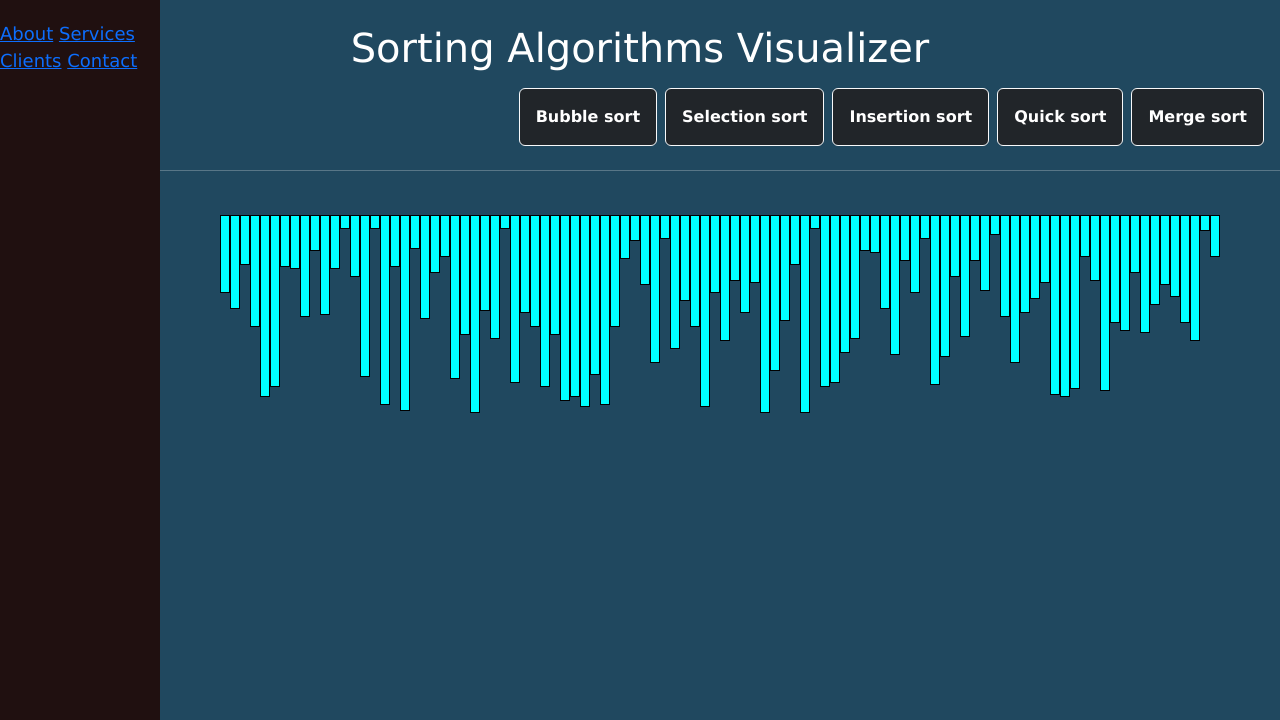
Repository: Vasil1001/Sorting-Algorithms-Visualizer-js
Page: views/index.html
An editor plug-in stored every save of this project. The page is shown before and after a run of saves, followed by the edit.
The browser window is 1280 px wide. The pictures show the whole page.

Above is the page before, as saved 2022-11-03 17:52:43.

After the next 2 saves:
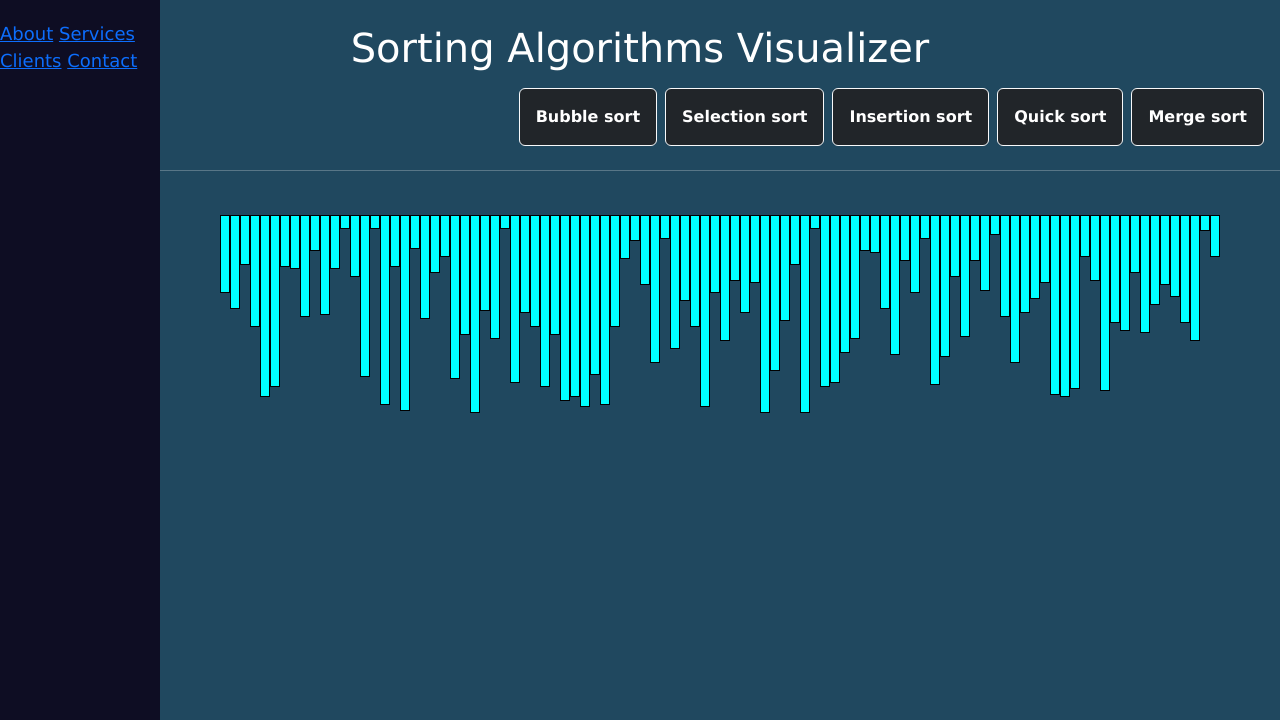
The 2 saves are shown as one change because they came seconds apart.
The last was saved 6 s later.
--- a/css/base.css
+++ b/css/base.css
@@ -28,7 +28,7 @@ body {
     z-index: 1;
     top: 0;
     left: 0;
-    background-color: rgb(32, 16, 16);
+    background-color: rgb(14, 13, 35);
     overflow-x: hidden;
     padding-top: 20px;
   }
